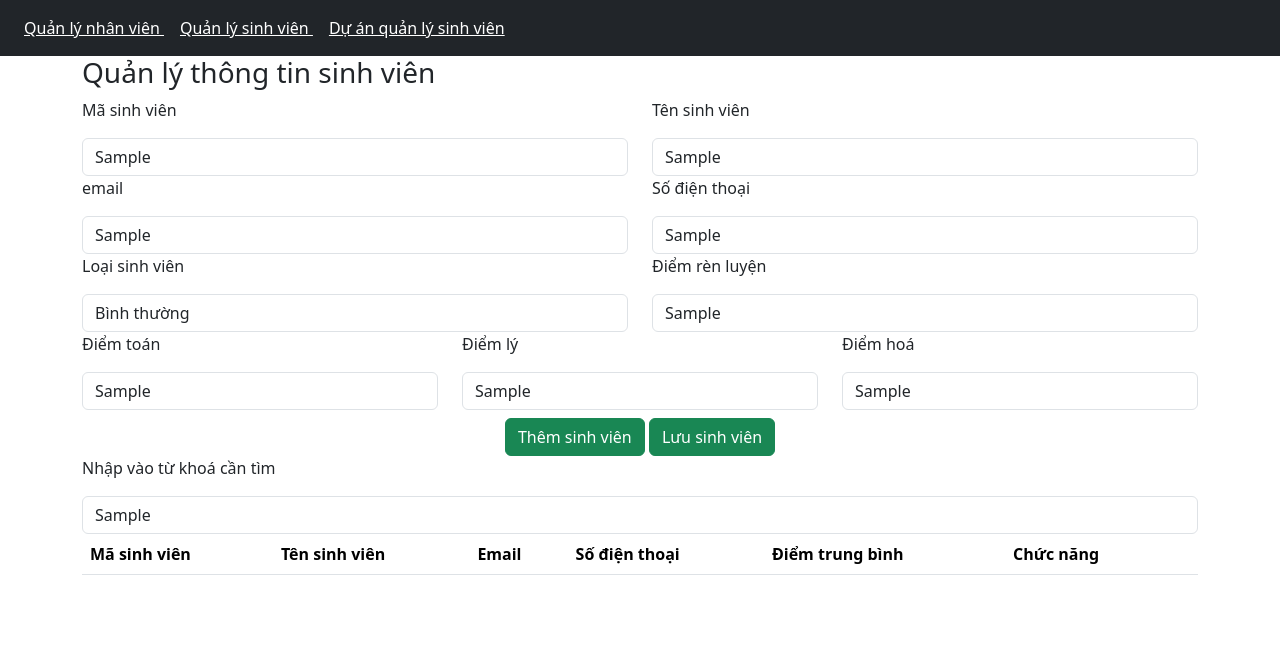
Repository: KhoiNguyen77/JS-Buoi-9--10
Page: duan_qlsv.html
The author's editor kept a copy of each file at every save. The page is drawn from the files as they stood at one save, then again after the next save.
The browser window is 1280 px wide. The pictures show the whole page.
Empty fields were first filled with sample values (such as "Sample", 5 or name@example.com).
After loading, the first visible `#frmSinhVien` was submitted once.

Above is the page before, as saved 2023-03-28 14:15:14.
Console error: TypeError: newSinhVien.diemTrungBinh is not a function

After the next save:
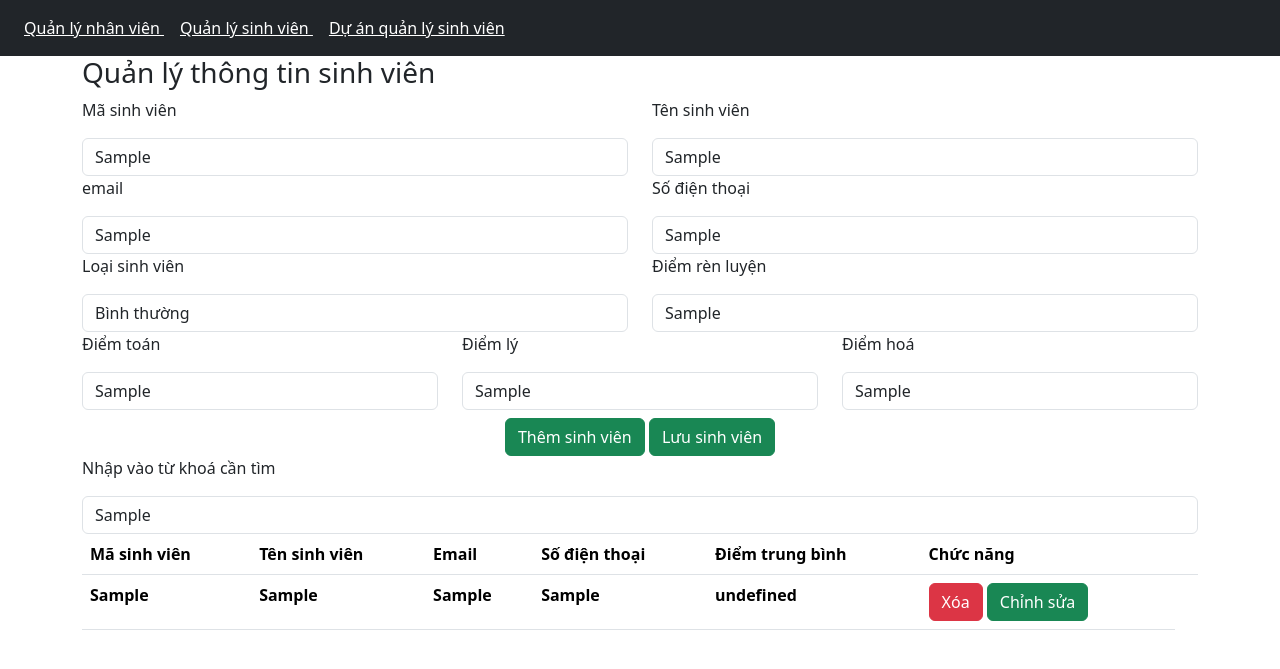
The error is gone.
Saved 23 s later.
--- a/controllers/duan_qlsv.js
+++ b/controllers/duan_qlsv.js
@@ -35,7 +35,6 @@ render = (array) => {
         <th>${newSinhVien.email}</th>
         <th>${newSinhVien.soDienThoai}</th>
         <th>${newSinhVien.diemTrungBinh}</th>
-        // <th>${newSinhVien.diemTrungBinh()}</th>
         <th>
         <button class="btn btn-danger rounded" onclick="xoaSinhVien(${
           newSinhVien.maSinhVien
